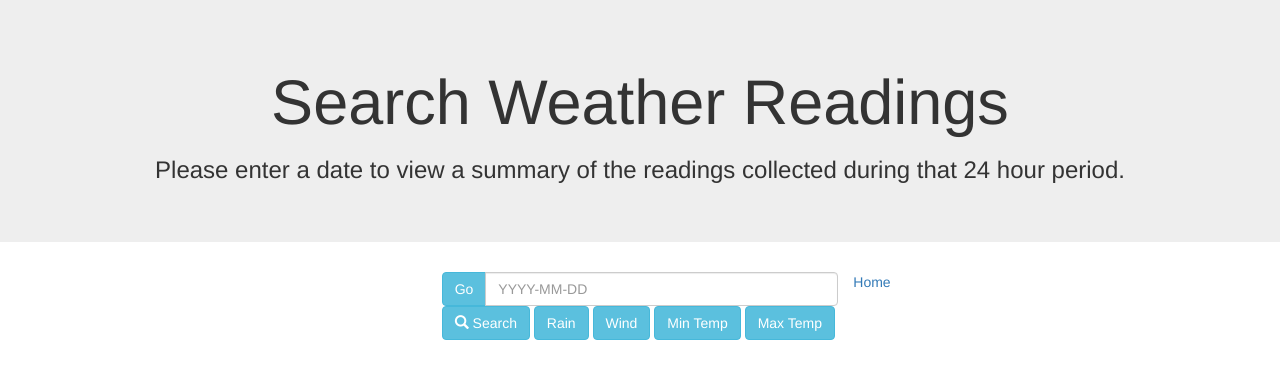
Repository: kralin27/ILC
Page: http://localhost/TESCWeather/WEB-INF/jsp/Search.jsp
The author's editor kept a copy of each file at every save. The page is drawn from the files as they stood at one save, then again after the next save.
The browser window is 1280 px wide. The pictures show the whole page.
The page is served by Tomcat 9. Nobody is signed in. Other server files are loaded and not shown. The template is opened directly, without the code that normally fills it, so the values that code supplies are empty.

Above is the page before, as saved 2016-12-13 00:52:03.

### TESCWeather/src/main/webapp/WEB-INF/jsp/Search.jsp
<%@ taglib prefix="c" uri="http://java.sun.com/jsp/jstl/core"%>
<%@ taglib prefix="spring" uri="http://www.springframework.org/tags"%>

<html>
<head lang="en">
     <head>
          <meta charset="utf-8">
          <meta http-equiv="X-UA-Compatible" content="IE=edge">
          <meta name="viewport" content="width=device-width, initial-scale=1">
    <title>Search</title>
        <link rel="stylesheet" href="https://maxcdn.bootstrapcdn.com/bootstrap/3.3.5/css/bootstrap.min.css">

</head>
<body>

<div class="jumbotron">
                  <h1 align="center">Search Weather Readings</h2>
                  <h3 align="center">Please enter a date to view a summary of the readings collected during that 24 hour period.</h3>
</div>

		<a href=" <spring:url value="/" /> "> Home </a>

<%-- <form method="GET" action=" <spring:url value="/WeatherReadings/Date" />"> --%>
<!-- 	<input type="text" name="date" size="10"> -->
<!-- 	<!-- HTTP GET method will append ?date=<value entered> to request URL -->
<!-- 	<input type="submit" value="For Date"> -->
<!-- </form> -->

<%-- <form method="GET" action=" <spring:url value="/WeatherReadings/Measure/Rain" />"> --%>
<!-- 	<input type="submit" value="Rain"> -->
<!-- </form> -->

<%-- <form method="GET" action=" <spring:url value="/WeatherReadings/Measure/Wind" />"> --%>
<!-- 	<input type="submit" value="Wind"> -->
<!-- </form> -->

<%-- <form method="GET" action=" <spring:url value="/WeatherReadings/Measure/TempMin" />"> --%>
<!-- 	<input type="submit" value="Temp Min"> -->
<!-- </form> -->

<%-- <form method="GET" action=" <spring:url value="/WeatherReadings/Measure/TempMax" />"> --%>
<!-- 	<input type="submit" value="Temp Max"> -->
<!-- </form> -->

<div class="col-md-4 col-md-offset-4">

          	<div class="input-group">
          		<span class="input-group-btn">
          			<button class="btn btn-large btn-info" href="<spring:url value="/WeatherReadings/Date" />" type="button">Go</button>
          		</span>
          		<input type="text" name="date" class="form-control" placeholder="YYYY-MM-DD">

          	</div>
          	<a href="<spring:url value="/Search" />" class="btn btn-large btn-info">
          		<span class="glyphicon glyphicon-search"></span> Search </a>
<%--           	<a class="btn btn-large btn-info" href="<spring:url value="/Search" />">Search</a> --%>
          	<a class="btn btn-large btn-info" href="<spring:url value="/WeatherReadings/Measure/Rain" />">Rain</a>
          	<a class="btn btn-large btn-info" href="<spring:url value="/WeatherReadings/Measure/Wind" />">Wind</a>
          	<a class="btn btn-large btn-info" href="<spring:url value="/WeatherReadings/Measure/TempMin" />">Min Temp</a>
          	<a class="btn btn-large btn-info" href="<spring:url value="/WeatherReadings/Measure/TempMax" />">Max Temp</a>



</div>


</body>
</html>

After the next save:
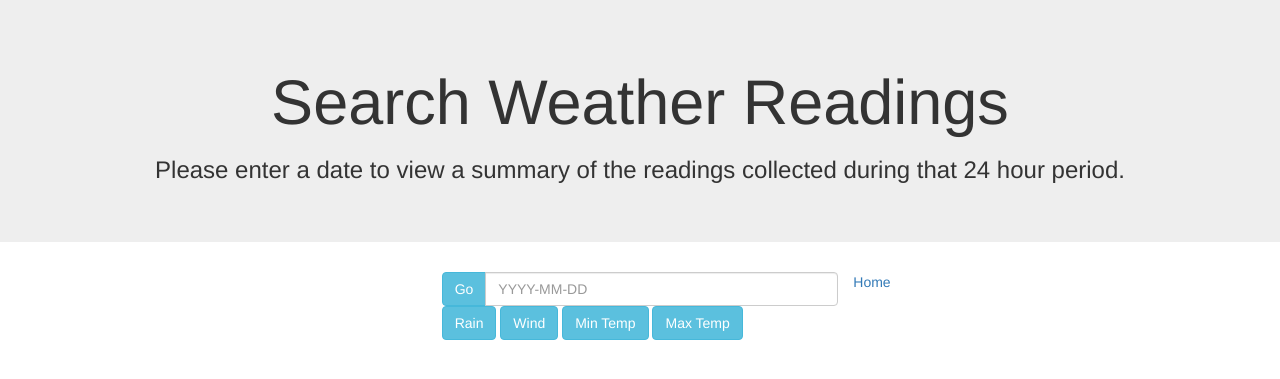
Saved 76 s later.
--- a/TESCWeather/src/main/webapp/WEB-INF/jsp/Search.jsp
+++ b/TESCWeather/src/main/webapp/WEB-INF/jsp/Search.jsp
@@ -51,8 +51,8 @@
           		<input type="text" name="date" class="form-control" placeholder="YYYY-MM-DD">
 
           	</div>
-          	<a href="<spring:url value="/Search" />" class="btn btn-large btn-info">
-          		<span class="glyphicon glyphicon-search"></span> Search </a>
+<%--           	<a href="<spring:url value="/Search" />" class="btn btn-large btn-info"> --%>
+<!--           		<span class="glyphicon glyphicon-search"></span> Search </a>  -->
 <%--           	<a class="btn btn-large btn-info" href="<spring:url value="/Search" />">Search</a> --%>
           	<a class="btn btn-large btn-info" href="<spring:url value="/WeatherReadings/Measure/Rain" />">Rain</a>
           	<a class="btn btn-large btn-info" href="<spring:url value="/WeatherReadings/Measure/Wind" />">Wind</a>
